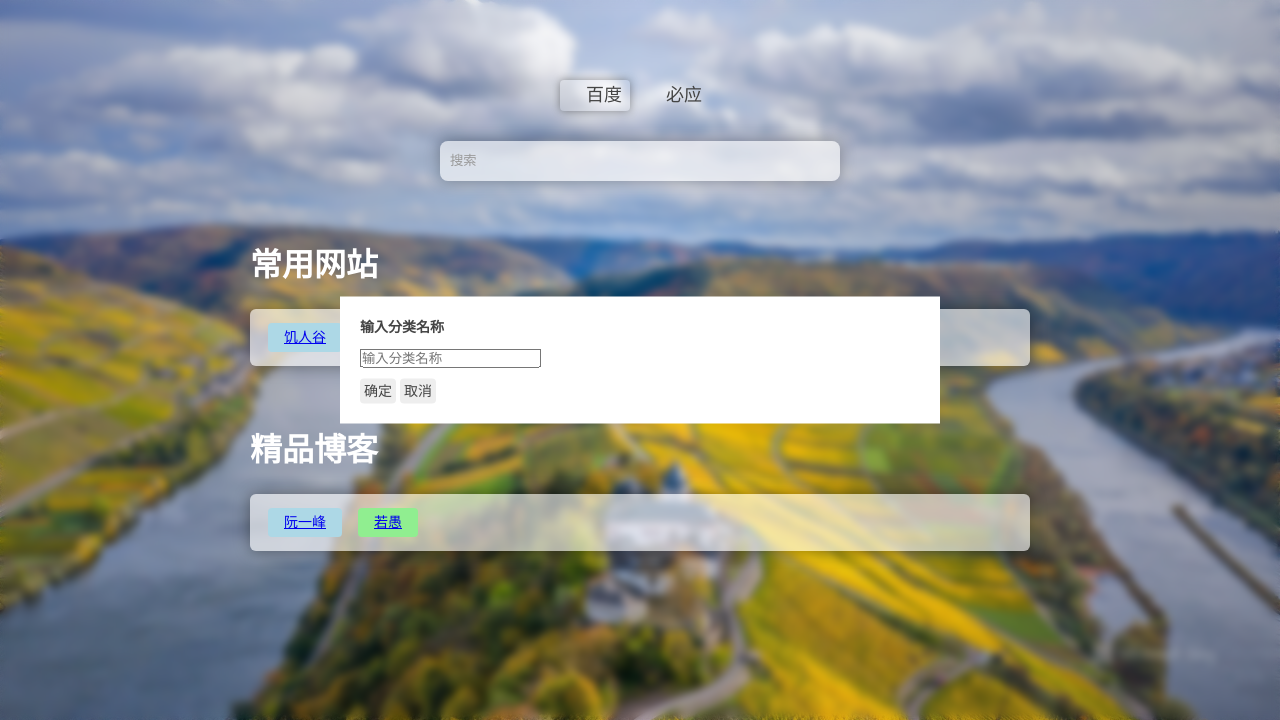
Repository: zkhiscool/PersonPage
Page: index.html
These files come from the project's save history. The page is drawn as it stood at one moment and after the next save; the edit follows.
The browser window is 1280 px wide. The pictures show the whole page.

Above is the page before, as saved 2023-07-21 12:06:14.

After the next save:
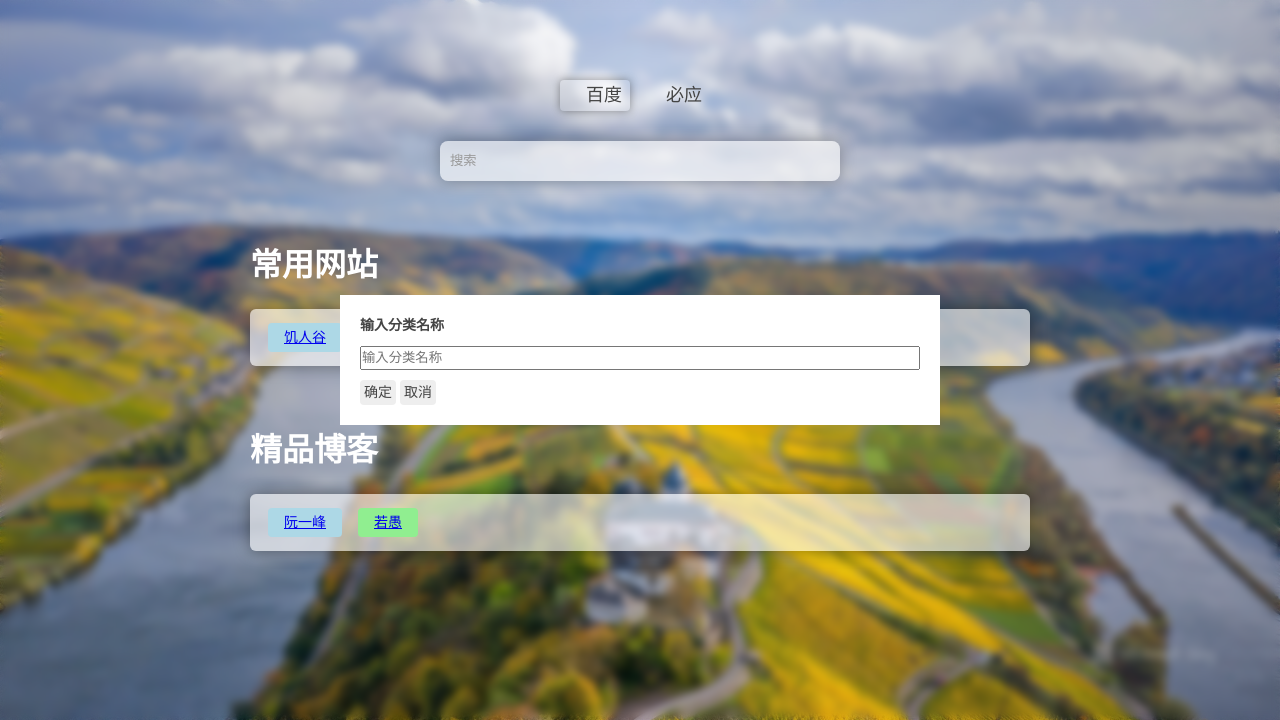
Saved 8 s later.
--- a/css/style.css
+++ b/css/style.css
@@ -204,7 +204,8 @@ body.preview .puls {
 }
 
 .modal .field input {
-    line-height: ;
+    line-height: 20px;
+    width: 100%;
 }
 
 .button {
